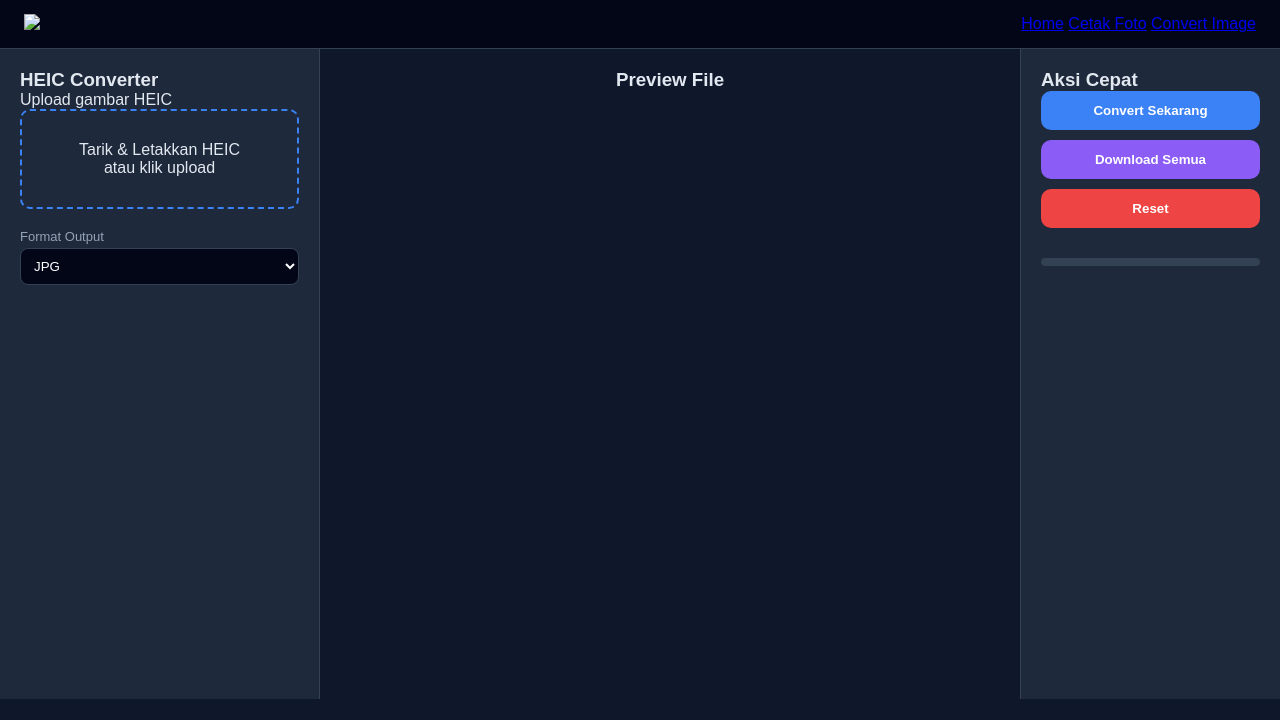
Repository: procinema22/hiisedulurfc
Page: hesedulur-main/convert-image.html
The author's editor kept a copy of each file at every save. The page is drawn from the files as they stood at one save, then again after the next save.
The browser window is 1280 px wide. The pictures show the whole page.

Above is the page before, as saved 2026-04-23 23:27:43.
Not found: hesedulur-main/img/logo.png

### hesedulur-main/convert-image.html
<!DOCTYPE html>
<html lang="id">
<head>

<meta charset="UTF-8">
<meta name="viewport" content="width=device-width, initial-scale=1.0">

<title>Convert HEIC ke JPG</title>

<link rel="stylesheet" href="css/cetak.css">

<script src="https://cdn.jsdelivr.net/npm/heic2any/dist/heic2any.min.js"></script>

</head>

<body>

<!-- NAVBAR -->
<header class="navbar">

<div class="logo">
<img src="img/logo.png">
</div>

<nav>
<a href="index.html">Home</a>
<a href="cetakfoto.html">Cetak Foto</a>
<a href="convert-image.html">Convert Image</a>
</nav>

</header>


<div class="layout">

<!-- LEFT PANEL -->
<div class="left-panel">

<h3>HEIC Converter</h3>

<p>Upload gambar HEIC</p>

<div id="dropArea" class="upload-box">
Tarik & Letakkan HEIC
<br>
atau klik upload
</div>

<input type="file" id="fileInput" accept=".heic,image/heic" multiple hidden>

<div style="margin-top:20px">

<label>Format Output</label>

<select id="format">
<option value="image/jpeg">JPG</option>
<option value="image/png">PNG</option>
</select>

</div>

</div>


<!-- CENTER PREVIEW -->
<div class="center-panel">

<h3 style="text-align:center">Preview File</h3>

<div id="previewList" class="preview-list"></div>

</div>


<!-- RIGHT PANEL -->
<div class="right-panel">

<h3>Aksi Cepat</h3>

<button class="btn blue" id="convertBtn">
Convert Sekarang
</button>

<button class="btn purple" id="downloadAll">
Download Semua
</button>

<button class="btn red" onclick="location.reload()">
Reset
</button>

<div class="progress">

<div id="progressBar"></div>

</div>

</div>

</div>

<script src="js/convert.js"></script>

</body>
</html>

### hesedulur-main/css/cetak.css
/* ============ ROOT & GLOBAL ============ */
:root {
    --bg: #0f172a;
    --card: #1e293b;
    --border: #334155;
    --text: #e2e8f0;
    --muted: #94a3b8;
    --blue: #3b82f6;
    --green: #ff1e00;
    --purple: #8b5cf6;
    --red: #ef4444;
    --shadow: rgba(0,0,0,.4);
  }

  *{
    margin:0;
    padding:0;
    box-sizing:border-box;
    font-family:"Poppins",sans-serif;
  }

  body{
    background:var(--bg);
    color:var(--text);
    overflow-x:hidden;
  }

  /* ============ HEADER / NAVBAR ============ */
  header{
    display:flex;
    align-items:center;
    justify-content:space-between;
    padding:14px 24px;
    background:#020617;
    border-bottom:1px solid var(--border);
  }

  header .logo img{
    height:42px;
  }

  header nav ul{
    display:flex;
    gap:22px;
    list-style:none;
  }

  header nav ul li a{
    color:var(--text);
    text-decoration:none;
    font-size:14px;
    font-weight:500;
  }

  header nav ul li a:hover{
    color:var(--green);
  }

  .search-box{
    display:flex;
    gap:6px;
  }

  .search-box input{
    padding:6px 10px;
    border-radius:8px;
    background:#020617;
    border:1px solid var(--border);
    color:white;
  }

  /* ============ LAYOUT ============ */
  .layout{
    display:grid;
    grid-template-columns:320px 1fr 260px;
    height:calc(100vh - 70px);
  }

  /* ============ LEFT PANEL ============ */
  .left-panel{
    background:var(--card);
    padding:20px;
    border-right:1px solid var(--border);
    overflow-y:auto;
  }

  .left-panel label{
    font-size:13px;
    color:var(--muted);
    margin-bottom:4px;
    display:block;
  }

  .left-panel input,
  .left-panel select{
    width:100%;
    padding:9px;
    border-radius:8px;
    border:1px solid var(--border);
    background:#020617;
    color:white;
    margin-bottom:12px;
  }

  .section-title{
    font-size:18px;
    font-weight:600;
    margin-bottom:14px;
  }

  /* DROP AREA */
  .drop-area{
    border:2px dashed var(--blue);
    padding:24px;
    text-align:center;
    border-radius:10px;
    color:var(--blue);
    background:rgba(59,130,246,.05);
    cursor:pointer;
    margin-bottom:15px;
  }

  .drop-area:hover{
    background:rgba(59,130,246,.15);
  }

  /* PRICE */
  .price{
    font-size:16px;
    font-weight:600;
    margin-top:6px;
  }

  /* ============ CENTER PANEL ============ */
  .center-panel{
    padding:20px;
    display:flex;
    flex-direction:column;
    align-items:center;
    overflow-y:auto;
  }

  canvas{
    width:100%;
    max-width:600px;
    background:white;
    border-radius:10px;
    border:2px solid var(--border);
    box-shadow:0 0 15px var(--shadow);
  }

  /* PAGE NAV */
  .page-nav{
    display:flex;
    gap:14px;
    margin-top:12px;
  }

  .page-nav button{
    padding:8px 14px;
    border:none;
    border-radius:8px;
    background:var(--blue);
    color:white;
    cursor:pointer;
  }

  /* ============ RIGHT PANEL ============ */
  .right-panel{
    background:var(--card);
    padding:20px;
    border-left:1px solid var(--border);
    overflow-y:auto;
  }

  .btn{
    width:100%;
    padding:12px;
    border:none;
    border-radius:10px;
    font-weight:600;
    cursor:pointer;
    margin-bottom:10px;
    color:white;
  }

  .blue{background:var(--blue)}
  .green{background:var(--green)}
  .purple{background:var(--purple)}
  .red{background:var(--red)}

  /* ============ LOADER & TOAST ============ */
  #loadingOverlay{
    position:fixed;
    inset:0;
    background:rgba(0,0,0,.7);
    display:none;
    flex-direction:column;
    justify-content:center;
    align-items:center;
    z-index:9999;
  }

  .loader{
    width:60px;
    height:60px;
    border-radius:50%;
    border:6px solid #fff;
    border-top:6px solid var(--blue);
    animation:spin 1s linear infinite;
  }

  @keyframes spin{
    to{transform:rotate(360deg)}
  }

  #toast{
    position:fixed;
    bottom:20px;
    right:20px;
    padding:12px 18px;
    background:var(--card);
    border-left:5px solid var(--blue);
    border-radius:10px;
    opacity:0;
    transition:.3s;
    z-index:10000;
  }

  #toast.show{
    opacity:1;
    transform:translateY(-6px);
  }

  /* ============ PRINT A4 MODE ============ */
  @media print{
    header,
    .left-panel,
    .right-panel,
    .page-nav,
    #toast,
    #loadingOverlay{
      display:none !important;
    }

    body{
      background:white;
      overflow:visible;
    }

    .layout{
      display:block;
      height:auto;
    }

    canvas{
      width:210mm !important;
      height:297mm !important;
      max-width:none;
      border:none;
      box-shadow:none;
      border-radius:0;
    }
  }

  @page{
    size:A4;
    margin:10mm;
  }
  .btn-logout {
    background: #e53935;
    color: #fff;
    border: none;
    padding: 8px 14px;
    border-radius: 6px;
    cursor: pointer;
    font-weight: 600;
  }

  .btn-logout:hover {
    background: #c62828;
  }

  .preview-list{
    display:grid;
    grid-template-columns:repeat(auto-fill,120px);
    gap:15px;
    padding:20px;
    }

    .preview-item{
    background:#1e293b;
    padding:10px;
    border-radius:8px;
    text-align:center;
    font-size:12px;
    }

    .upload-box{
    border:2px dashed #3b82f6;
    padding:30px;
    text-align:center;
    border-radius:10px;
    cursor:pointer;
    }

    .progress{
    height:8px;
    background:#334155;
    margin-top:20px;
    border-radius:10px;
    overflow:hidden;
    }

    #progressBar{
    height:100%;
    width:0%;
    background:#22c55e;
    transition:0.3s;
    }

### hesedulur-main/js/convert.js
const dropArea = document.getElementById("dropArea")
const input = document.getElementById("fileInput")

const previewList = document.getElementById("previewList")
const convertBtn = document.getElementById("convertBtn")
const progressBar = document.getElementById("progressBar")
const downloadAll = document.getElementById("downloadAll")

let files=[]
let results=[]


dropArea.onclick=()=>input.click()


input.addEventListener("change",e=>{
handleFiles([...e.target.files])
})


dropArea.addEventListener("dragover",e=>{
e.preventDefault()
})


dropArea.addEventListener("drop",e=>{
e.preventDefault()

handleFiles([...e.dataTransfer.files])

})


function handleFiles(selected){

selected.forEach(file=>{

files.push(file)

const div=document.createElement("div")
div.className="preview-item"

div.innerHTML=`
<p>${file.name}</p>
`

previewList.appendChild(div)

})

}



convertBtn.onclick=async()=>{

results=[]

for(let i=0;i<files.length;i++){

const blob=await heic2any({
blob:files[i],
toType:"image/jpeg",
quality:0.9
})

results.push(blob)

let percent=((i+1)/files.length)*100

progressBar.style.width=percent+"%"

}

alert("Convert selesai")

}



downloadAll.onclick=()=>{

results.forEach((blob,i)=>{

const url=URL.createObjectURL(blob)

const a=document.createElement("a")

a.href=url
a.download="image_"+(i+1)+".jpg"

a.click()

})

}

### hesedulur-main/css/convert.css
body{
    margin:0;
    font-family:Arial;
    background:#0f172a;
    color:white;
    }

    .layout{
    display:flex;
    height:100vh;
    }

    .left-panel{
    width:260px;
    background:#1e293b;
    padding:20px;
    }

    .center-panel{
    flex:1;
    background:#020617;
    padding:20px;
    overflow:auto;
    }

    .right-panel{
    width:260px;
    background:#1e293b;
    padding:20px;
    }

    .drop-area{
    border:2px dashed #3b82f6;
    padding:40px;
    text-align:center;
    border-radius:10px;
    cursor:pointer;
    margin-top:20px;
    }

    .preview-list{
    display:grid;
    grid-template-columns:repeat(auto-fill,150px);
    gap:20px;
    margin-top:20px;
    }

    .preview-item{
    background:#1e293b;
    padding:10px;
    border-radius:8px;
    text-align:center;
    }

    .btn{
    display:block;
    width:100%;
    padding:12px;
    margin-top:15px;
    border:none;
    border-radius:8px;
    cursor:pointer;
    color:white;
    font-weight:bold;
    }

    .blue{
    background:#3b82f6;
    }

    .green{
    background:#22c55e;
    }

    .progress{
    width:100%;
    height:10px;
    background:#334155;
    border-radius:10px;
    margin-top:20px;
    overflow:hidden;
    }

    #progressBar{
    height:100%;
    width:0%;
    background:#22c55e;
    transition:0.3s;
    }

After the next save:
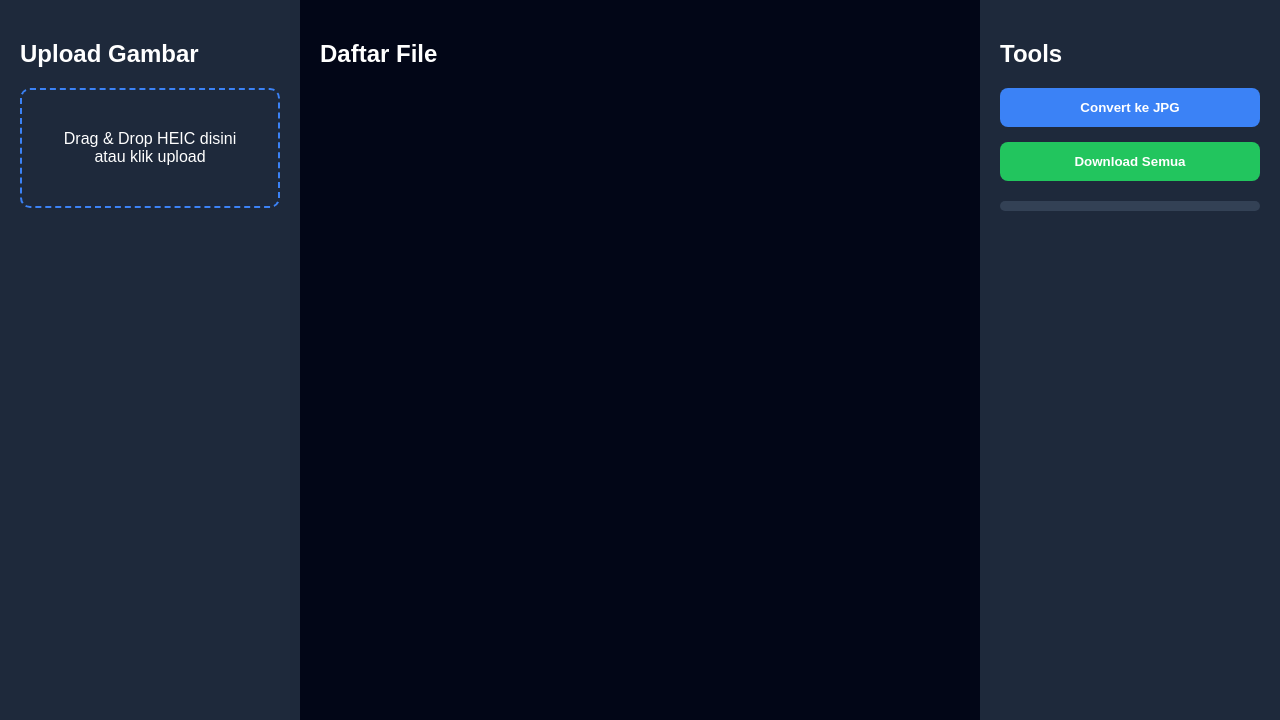
Saved 74 s later.
--- a/hesedulur-main/convert-image.html
+++ b/hesedulur-main/convert-image.html
@@ -7,7 +7,7 @@
 
 <title>Convert HEIC ke JPG</title>
 
-<link rel="stylesheet" href="css/cetak.css">
+<link rel="stylesheet" href="css/convert.css">
 
 <script src="https://cdn.jsdelivr.net/npm/heic2any/dist/heic2any.min.js"></script>
 
@@ -15,57 +15,27 @@
 
 <body>
 
-<!-- NAVBAR -->
-<header class="navbar">
-
-<div class="logo">
-<img src="img/logo.png">
-</div>
-
-<nav>
-<a href="index.html">Home</a>
-<a href="cetakfoto.html">Cetak Foto</a>
-<a href="convert-image.html">Convert Image</a>
-</nav>
-
-</header>
-
-
 <div class="layout">
 
 <!-- LEFT PANEL -->
 <div class="left-panel">
 
-<h3>HEIC Converter</h3>
+<h2>Upload Gambar</h2>
 
-<p>Upload gambar HEIC</p>
-
-<div id="dropArea" class="upload-box">
-Tarik & Letakkan HEIC
-<br>
+<div id="dropArea" class="drop-area">
+Drag & Drop HEIC disini<br>
 atau klik upload
 </div>
 
 <input type="file" id="fileInput" accept=".heic,image/heic" multiple hidden>
 
-<div style="margin-top:20px">
-
-<label>Format Output</label>
-
-<select id="format">
-<option value="image/jpeg">JPG</option>
-<option value="image/png">PNG</option>
-</select>
-
-</div>
-
 </div>
 
 
-<!-- CENTER PREVIEW -->
+<!-- CENTER PANEL -->
 <div class="center-panel">
 
-<h3 style="text-align:center">Preview File</h3>
+<h2>Daftar File</h2>
 
 <div id="previewList" class="preview-list"></div>
 
@@ -75,18 +45,14 @@ atau klik upload
 <!-- RIGHT PANEL -->
 <div class="right-panel">
 
-<h3>Aksi Cepat</h3>
+<h2>Tools</h2>
 
-<button class="btn blue" id="convertBtn">
-Convert Sekarang
+<button id="convertBtn" class="btn blue">
+Convert ke JPG
 </button>
 
-<button class="btn purple" id="downloadAll">
+<button id="downloadAll" class="btn green">
 Download Semua
-</button>
-
-<button class="btn red" onclick="location.reload()">
-Reset
 </button>
 
 <div class="progress">
